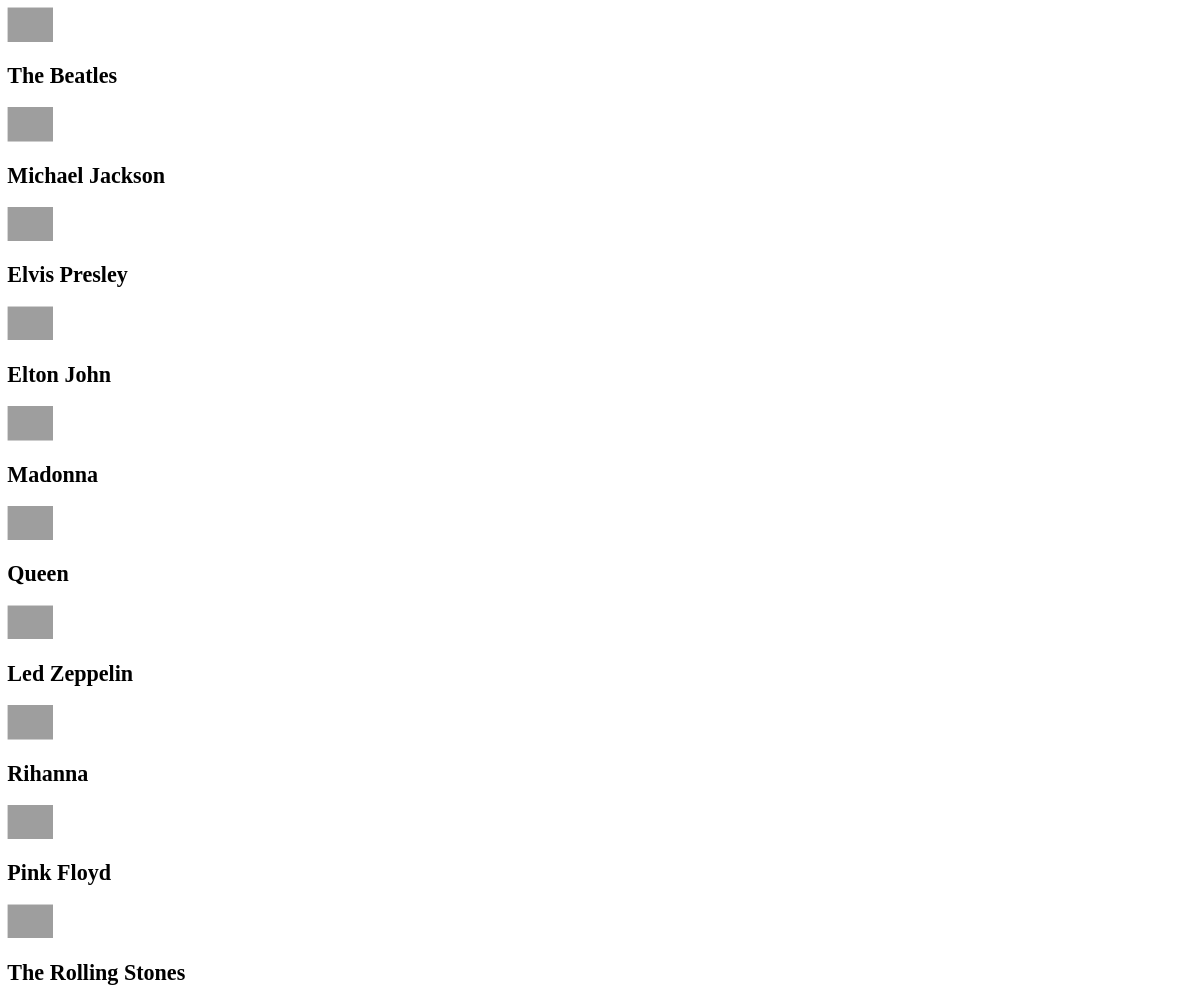
Repository: MelissaJacobi/Frontend-lab-2
Page: /
These files come from the project's save history. The page is drawn as it stood at one moment and after the next save; the edit follows.
The browser window is 1280 px wide. The pictures show the whole page, at 92% of full size.
Pictures or frames that could not be fetched are drawn as grey boxes. The project was rebuilt for these pictures with package versions that can differ from the ones it lists, and the page was loaded fresh each time. Also part of the build but not shown: vite.config.js.

Above is the page before, as saved 2024-09-19 09:11:05.

After the next save:
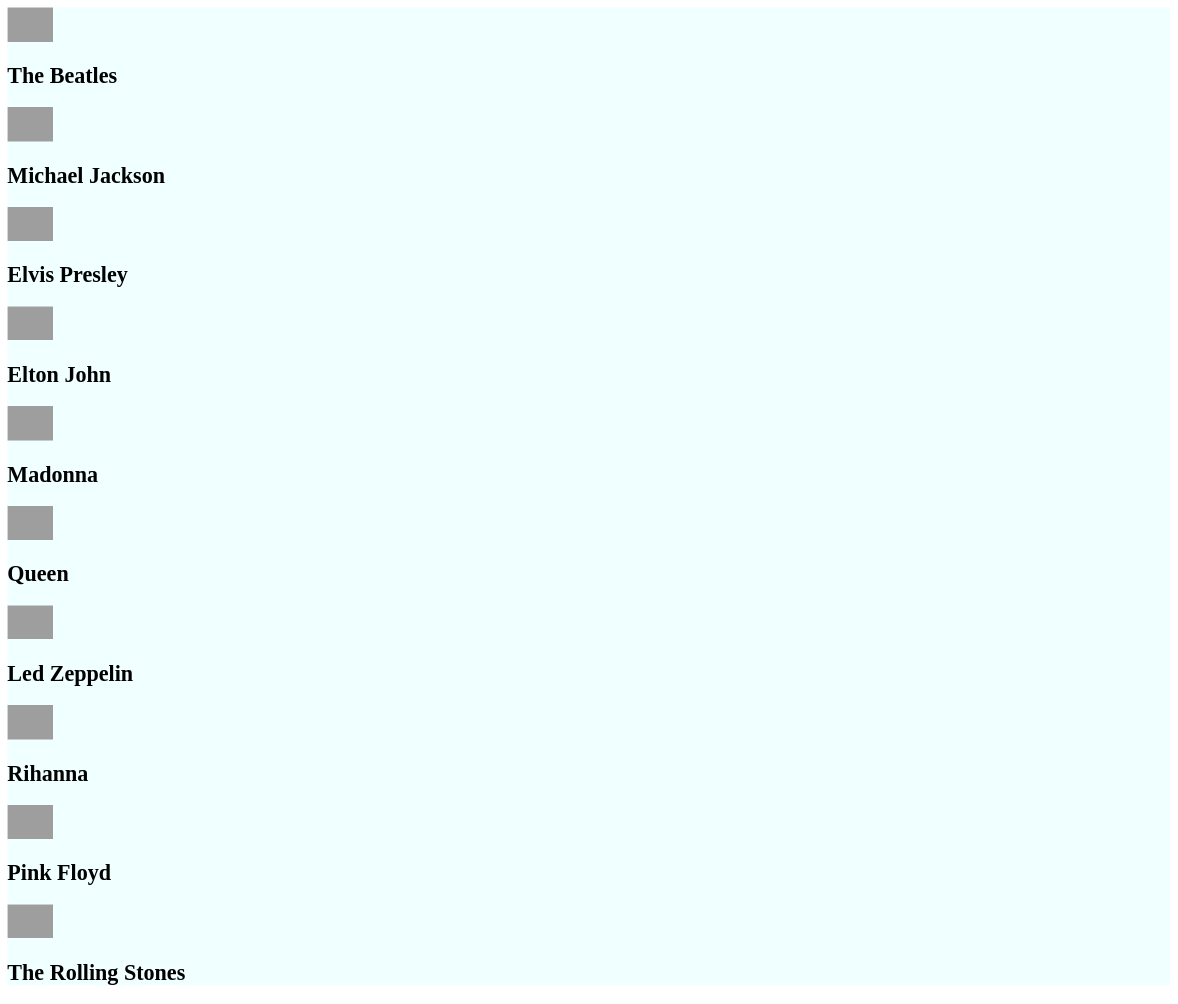
Saved 19 s later.
--- a/src/index.css
+++ b/src/index.css
@@ -5,3 +5,7 @@
 .photo {
     width: 50px;
 }
+
+.artist_li {
+    background-color: azure;
+}
